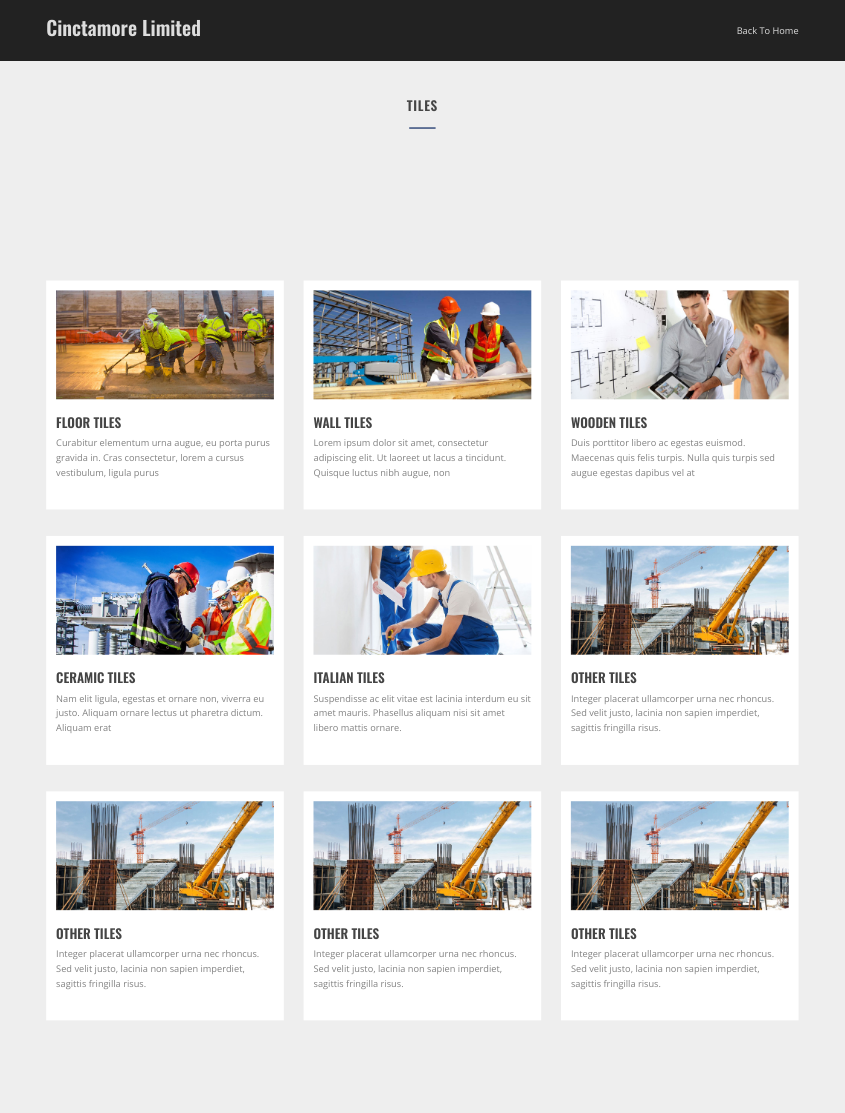
Repository: techieaccl/techieaccl.github.io
Page: tiles.html
The author's editor kept a copy of each file at every save. The page is drawn from the files as they stood at one save, then again after the next save.
The browser window is 1280 px wide. The pictures show the whole page, at 66% of full size.
Some web fonts or font styles are not loaded; a fallback is used.

Above is the page before, as saved 2021-09-07 08:22:20.

After the next save:
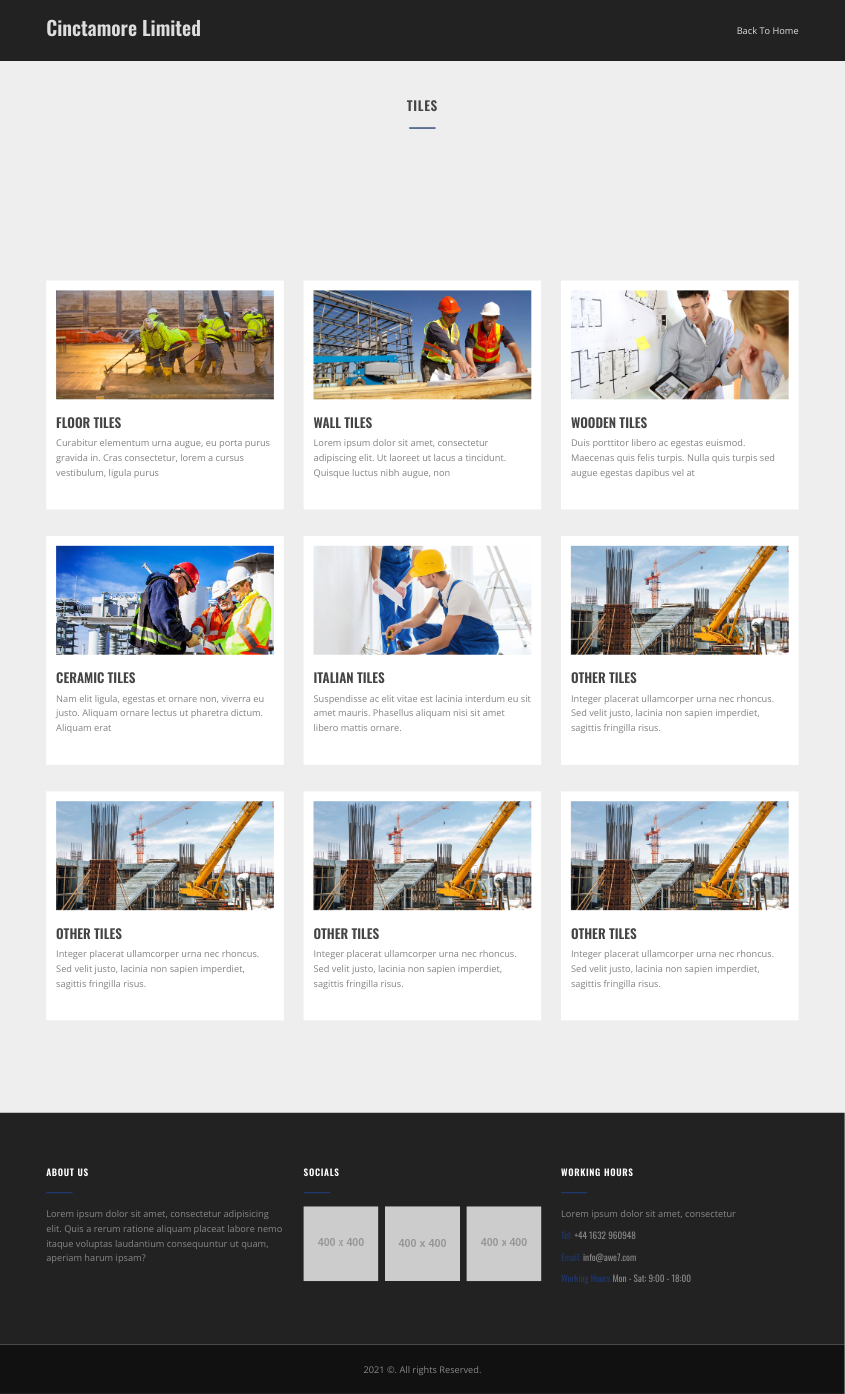
Saved 2 min 57 s later.
--- a/tiles.html
+++ b/tiles.html
@@ -182,6 +182,94 @@
 					</div>
 				</section>
 				<!-- End / Section -->
+
+				<!-- footer-01 -->
+			<footer class="footer-01 md-skin-dark">
+				<div class="footer-01__widget">
+					<div class="container">
+						<div class="row">
+							<div class="col-md-6 col-lg-4 ">
+
+								<!-- widget -->
+								<section class="widget">
+
+									<!-- sec-title -->
+									<div class="sec-title">
+										<h2 class="sec-title__title">about us</h2><span class="sec-title__divider"></span>
+									</div><!-- End / sec-title -->
+
+									<p>  Lorem ipsum dolor sit amet, consectetur adipisicing elit. Quis a rerum ratione aliquam placeat labore nemo itaque voluptas laudantium consequuntur ut quam, aperiam harum ipsam?</p>
+								</section><!-- End / widget -->
+
+							</div>
+
+							<div class="col-md-6 col-lg-4 ">
+
+								<!-- widget -->
+								<section class="widget">
+
+									<!-- sec-title -->
+									<div class="sec-title">
+										<h2 class="sec-title__title">Socials</h2><span class="sec-title__divider"></span>
+									</div><!-- End / sec-title -->
+
+
+									<!-- widget-gallery -->
+									<div class="widget-gallery">
+										<div class="widget-gallery__item"><a href="#" style="background-image: url('http://placehold.it/400x400');"><img src="http://placehold.it/400x400" alt=""/></a></div>
+										<div class="widget-gallery__item"><a href="#" style="background-image: url('http://placehold.it/400x400');"><img src="http://placehold.it/400x400" alt=""/></a></div>
+										<div class="widget-gallery__item"><a href="#" style="background-image: url('http://placehold.it/400x400');"><img src="http://placehold.it/400x400" alt=""/></a></div>
+										<!-- <div class="widget-gallery__item"><a href="#" style="background-image: url('http://placehold.it/400x400');"><img src="http://placehold.it/400x400" alt=""/></a></div>
+										<div class="widget-gallery__item"><a href="#" style="background-image: url('http://placehold.it/400x400');"><img src="http://placehold.it/400x400" alt=""/></a></div>
+										<div class="widget-gallery__item"><a href="#" style="background-image: url('http://placehold.it/400x400');"><img src="http://placehold.it/400x400" alt=""/></a></div>
+										<div class="widget-gallery__item"><a href="#" style="background-image: url('http://placehold.it/400x400');"><img src="http://placehold.it/400x400" alt=""/></a></div>
+										<div class="widget-gallery__item"><a href="#" style="background-image: url('http://placehold.it/400x400');"><img src="http://placehold.it/400x400" alt=""/></a></div>
+										<div class="widget-gallery__item"><a href="#" style="background-image: url('http://placehold.it/400x400');"><img src="http://placehold.it/400x400" alt=""/></a></div> -->
+									</div><!-- End /  widget-gallery -->
+
+								</section><!-- End / widget -->
+
+							</div>
+							<div class="col-lg-4 ">
+
+								<!-- widget -->
+								<section class="widget">
+
+									<!-- sec-title -->
+									<div class="sec-title">
+										<h2 class="sec-title__title">working hours</h2><span class="sec-title__divider"></span>
+									</div><!-- End / sec-title -->
+
+									<p> Lorem ipsum dolor sit amet, consectetur</p>
+
+									<!--  -->
+									<div>
+										<div class="widget-contact__item"><span class="widget-contact__title">Tel:</span>
+											<p class="widget-contact__text">+44 1632 960948</p>
+										</div>
+										<div class="widget-contact__item"><span class="widget-contact__title">email:</span>
+											<p class="widget-contact__text"><a href="#">info@awe7.com</a></p>
+										</div>
+										<div class="widget-contact__item"><span class="widget-contact__title">Working Hours</span>
+											<p class="widget-contact__text">Mon - Sat: 9:00 - 18:00</p>
+										</div>
+									</div><!-- End /   -->
+
+								</section><!-- End / widget -->
+
+							</div>
+						</div>
+					</div>
+				</div>
+
+				<!-- copyright-01 -->
+				<div class="copyright-01 md-text-center">
+					<div class="container">
+						<p class="copyright-01__copy">2021 &copy;. All rights Reserved.</p>
+					</div>
+				</div><!-- End / copyright-01 -->
+
+			</footer><!-- End / footer-01 -->
             </div>
 			<!-- End / Content-->
         </div>
